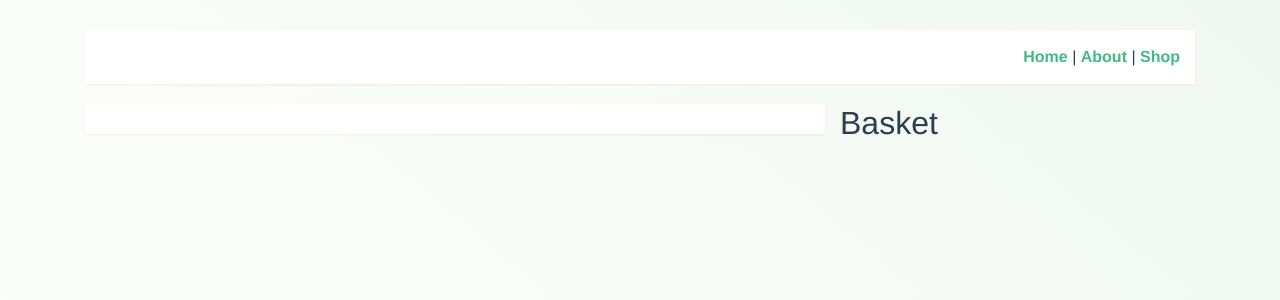
Repository: ramcd86/vuetest
Page: /#/shop
The author's editor kept a copy of each file at every save. The page is drawn from the files as they stood at one save, then again after the next save.
The browser window is 1280 px wide. The pictures show the whole page.
Some web libraries are served in a nearby version. The project was rebuilt for these pictures with package versions that can differ from the ones it lists, and the page was loaded fresh each time. Requests to the local data server were answered from the project's data file. Also part of the build but not shown: src/components/HelloWorld.vue, src/views/Home.vue.

Above is the page before, as saved 2019-07-08 14:41:45.

After the next save:
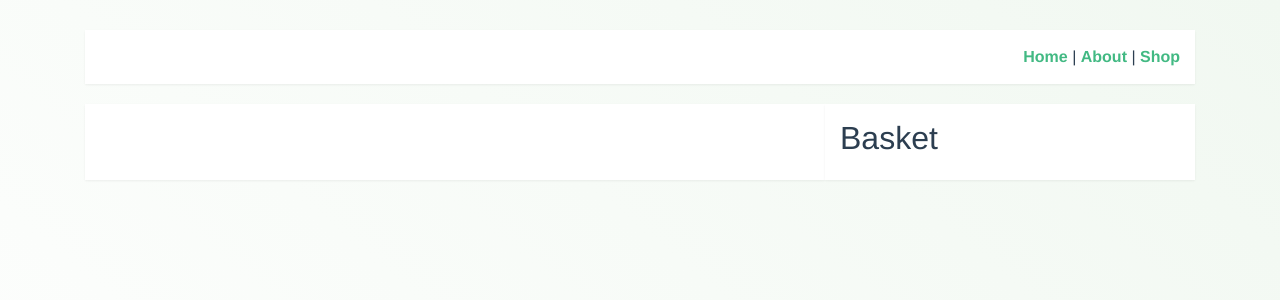
Saved 27 s later.
--- a/src/views/Shop.vue
+++ b/src/views/Shop.vue
@@ -5,7 +5,7 @@
     <div class="col-8 block text-left">
         <ProductList v-bind:products="queryData"></ProductList>
     </div>
-    <div class="col-4">
+    <div class="col-4 block text-left">
         <CheckoutStageOne></CheckoutStageOne>
     </div>
 
